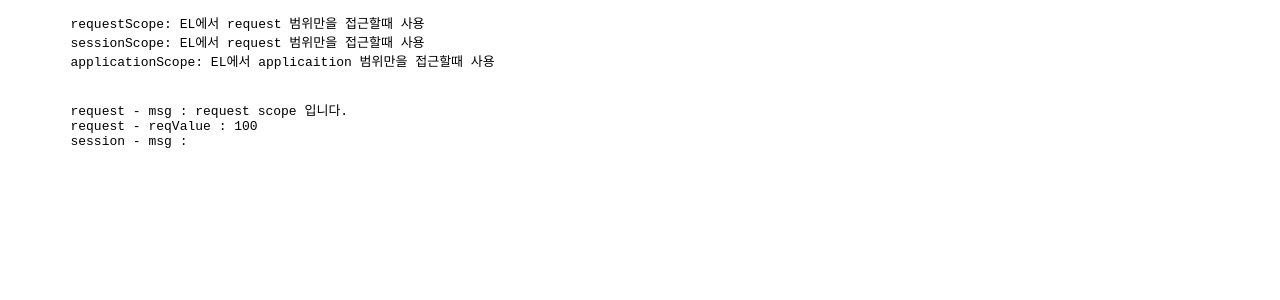
Repository: Seenee-Shin/servlet-jsp
Page: http://localhost/JSPProject/EL/scope
An editor plug-in stored every save of this project. The page is shown before and after the next save, followed by the edit.
The browser window is 1280 px wide. The pictures show the whole page.
The page is served by Tomcat 9. Other server files are loaded and not shown.

Above is the page before, as saved 2021-11-29 08:23:00.

### JSPProject/src/main/webapp/WEB-INF/views/EL/scopeResult.jsp
<%@ page language="java" contentType="text/html; charset=UTF-8"
    pageEncoding="UTF-8"%>
<!DOCTYPE html>
<html>
<head>
<meta charset="UTF-8">
<title>Insert title here</title>
</head>
<body>
	<pre>
	requestScope: EL에서 request 범위만을 접근할때 사용
	sessionScope: EL에서 request 범위만을 접근할때 사용
	applicationScope: EL에서 applicaition 범위만을 접근할때 사용


	request - msg : ${requestScope.msg}
	request - reqValue : ${requestScope.reqValue}
	session - msg : ${ sessionscope.msg}
	</pre>
</body>
</html>

### JSPProject/src/main/java/edu/kh/jsp/controller/ScopeServlet.java
package edu.kh.jsp.controller;

import java.io.IOException;

import javax.servlet.RequestDispatcher;
import javax.servlet.ServletException;
import javax.servlet.annotation.WebServlet;
import javax.servlet.http.HttpServlet;
import javax.servlet.http.HttpServletRequest;
import javax.servlet.http.HttpServletResponse;
import javax.servlet.http.HttpSession;


@WebServlet("/EL/scope")
public class ScopeServlet extends HttpServlet{
	//a 태그를 이용한 요청은 get
	@Override
	protected void doGet(HttpServletRequest req, HttpServletResponse resp) throws ServletException, IOException {
		// request scope
		req.setAttribute("msg", "request scope 입니다.");
		req.setAttribute("reqValue", 100);

		HttpSession session = req.getSession(); // session객체 얻어오기
		session.setAttribute("msg", "session scope 입니다");
		session.setAttribute("sessionValue", 200);

		//JSP로 요청 위임
		String path = "/WEB-INF/views/EL/scopeResult.jsp";
		RequestDispatcher dispatcher = req.getRequestDispatcher(path);

		dispatcher.forward(req, resp);
	}

}

After the next save:
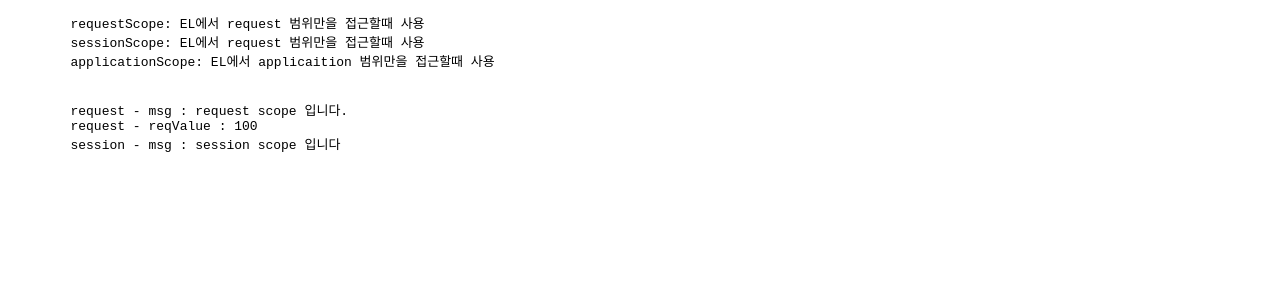
Saved 8 s later.
--- a/JSPProject/src/main/webapp/WEB-INF/views/EL/scopeResult.jsp
+++ b/JSPProject/src/main/webapp/WEB-INF/views/EL/scopeResult.jsp
@@ -15,7 +15,7 @@
 
 	request - msg : ${requestScope.msg}
 	request - reqValue : ${requestScope.reqValue}
-	session - msg : ${ sessionscope.msg}
+	session - msg : ${sessionScope.msg}
 	</pre>
 </body>
 </html>
